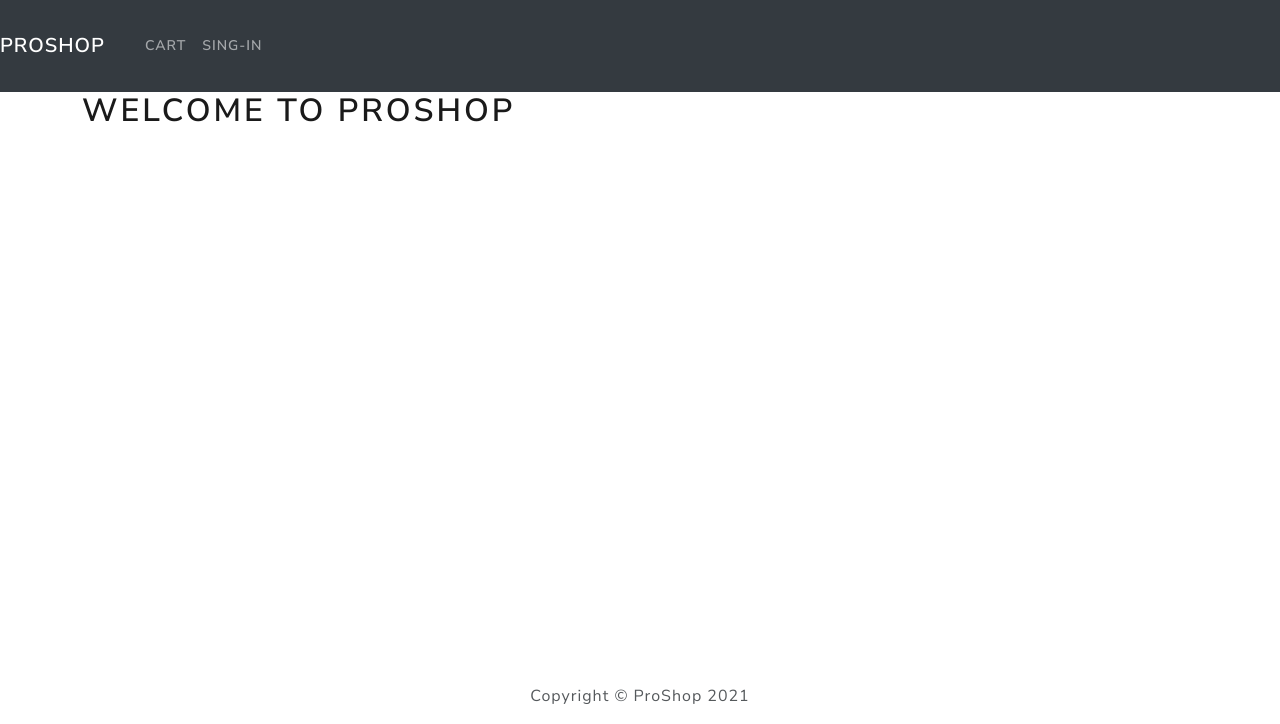
Repository: Erangr90/ProShop
Page: / (app in frontend/)
These files come from the project's save history. The page is drawn as it stood at one moment and after the next save; the edit follows.
The browser window is 1280 px wide. The pictures show the whole page.
The project was rebuilt for these pictures with package versions that can differ from the ones it lists, and the page was loaded fresh each time.

Above is the page before, as saved 2021-05-29 18:09:08.

After the next save:
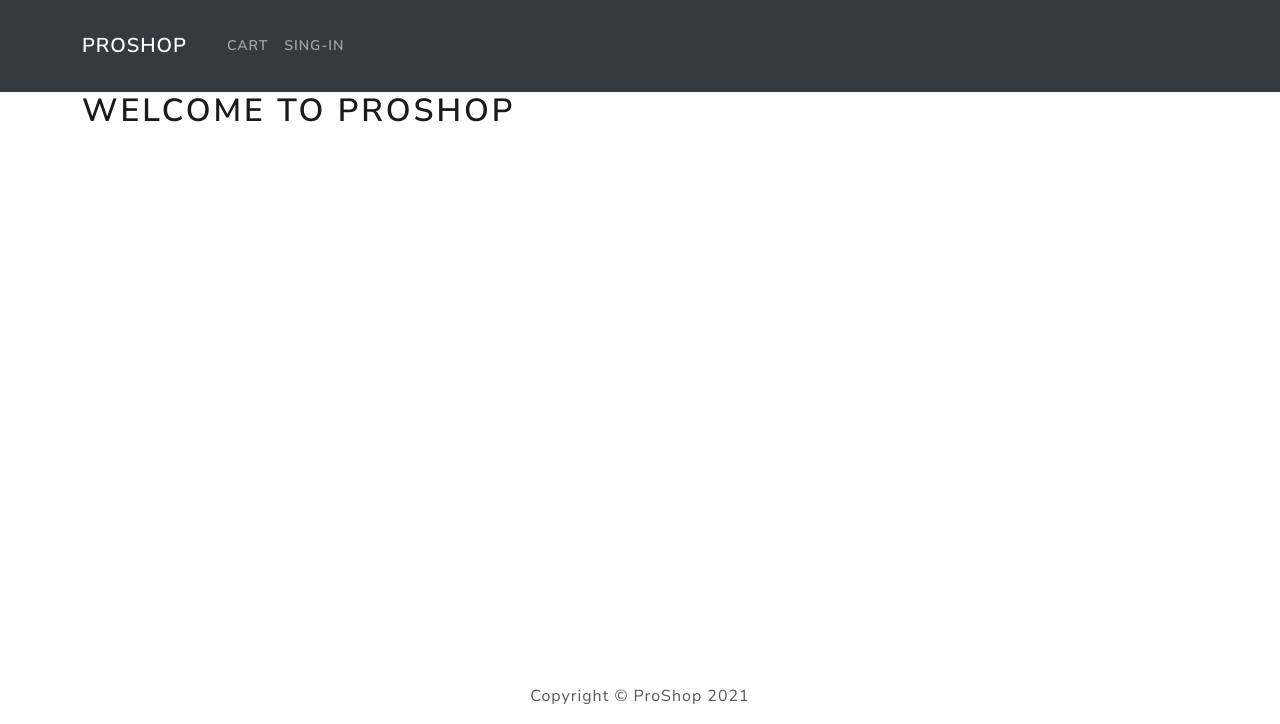
Saved 94 s later.
--- a/frontend/src/components/Header.jsx
+++ b/frontend/src/components/Header.jsx
@@ -5,14 +5,16 @@
     return (
         <header>
             <Navbar bg="dark" variant='dark' expand="lg" collapseOnSelect>
+            <Container>
   <Navbar.Brand href="/">ProShop</Navbar.Brand>
   <Navbar.Toggle aria-controls="basic-navbar-nav" />
   <Navbar.Collapse id="basic-navbar-nav">
-    <Nav className="mr-auto">
+    <Nav className="ml-auto">
       <Nav.Link href="/cart">Cart</Nav.Link>
       <Nav.Link href="/login">Sing-in</Nav.Link>
     </Nav>
   </Navbar.Collapse>
+  </Container>
 </Navbar>
         </header>
     )
